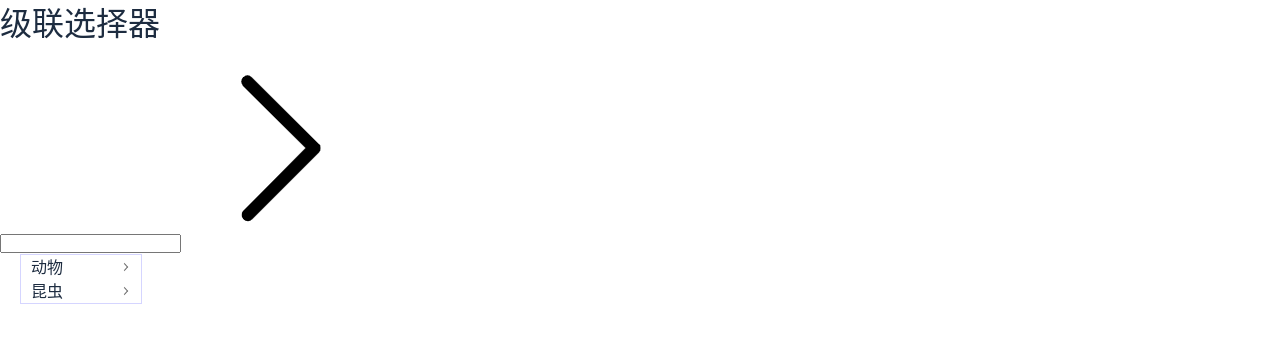
Repository: huming3272/Smile-UI
Page: /
These files come from the project's save history. The page is drawn as it stood at one moment and after the next save; the edit follows.
The browser window is 1280 px wide. The pictures show the whole page.
The project was rebuilt for these pictures with package versions that can differ from the ones it lists, and the page was loaded fresh each time. Also part of the build but not shown: src/lib/gulu.scss, src/lib/svg.js, src/components/Topnav.vue, src/views/Home.vue, src/lib/Breadcrumb.vue, src/views/Doc.vue, src/lib/Switch.vue, src/components/Switch/Switch1.demo.vue and 18 more. Imported but missing from the stored project, and not drawn on this page: src/lib/Tabs.vue, src/lib/openDialog.

Above is the page before, as saved 2022-06-05 18:24:35.

### index.html
<!DOCTYPE html>
<html lang="en">
<head>
  <meta charset="UTF-8">
  <link rel="icon" href="/favicon.ico" />
  <meta name="viewport" content="width=device-width, initial-scale=1.0">
  <title>Vite App</title>
  <!-- <script src="//at.alicdn.com/t/font_3242938_9kpz3740e2n.js"></script> -->
</head>
<body>
  <div id="app"></div>
  <script type="module" src="/src/main.ts"></script>
</body>
</html>

### src/main.ts
import "./lib/gulu.scss";
import "./lib/svg.js";
import "./index.scss";
import { createApp } from 'vue';
import App from './App.vue';
import router from './router/index';
import 'github-markdown-css'

const app = createApp(App)
app.use(router)
app.mount('#app')

### src/index.scss
* {
  margin: 0;
  padding: 0;
  box-sizing: border-box;
}
ul,
ol {
  list-style: none;
}
a {
  text-decoration: none;
  color: inherit;
  border-bottom: 1px solid transparent;
  &:hover {
    border-bottom: 1px solid;
    text-decoration: underline;
    cursor: pointer;
  }
}
h1,h2,h3,h4,h5,h6{
  font-weight: normal;
}
body{
  font-size: 16px;
  font-family: -apple-system, "Noto Sans",
  "Helvetica Neue",
  Helvetica, "Nimbus Sans L", Arial,
  "Liberation Sans",
  "PingFang SC",
  "Hiragino Sans GB",
  "Noto Sans CJK SC",
  "Source Han Sans SC",
  "Source Han Sans CN",
  "Microsoft YaHei",
  "Wenquanyi Micro Hei",
  "WenQuanYi Zen Hei",
  "ST Heiti",
  SimHei,
   "WenQuanYi Zen Hei Sharp",
  sans-serif;
  line-height: 1.5;
  color: #1d2c40;
}
.icon {
  width: 1em; height: 1em;
  vertical-align: -0.15em;
  fill: currentColor;
  overflow: hidden;
}

### src/App.vue
<template>
  <router-view class="window"/>
</template>

<script lang='ts'>
import {ref,provide} from 'vue'
import router from './router/index'
export default {
  name: 'App',

  setup(){
    const width = document.documentElement.clientWidth;
    //获取窗口宽度
    const menuVisible = ref(width <= 500 ? false : true);
    const toggleAside = ref(false)


    //检测窗口宽度
    //定义初值，类似vue2的data

    provide('menuVisible',menuVisible)//set
    //provide提供menuVisible给全局
    provide('toggleAside',toggleAside)
    // const currentPath = route.matched[route.matched.length-1].path
    // const breadcrumbList = currentPath.split('/')
  },


}
</script>
<style lang="scss">
  *{
    padding: 0;
    margin: 0;
    list-style: none;
  }
  .window{
    height: 100vh;
    overflow-y:scroll;
  }
</style>

### src/router/index.ts
import { createWebHashHistory, createRouter } from 'vue-router'
import Home from '../views/Home.vue'
import Doc from '../views/Doc.vue'
import Switch from '../components/Switch/SwitchDemo.vue'
import Button from '../components/Button/ButtonDemo.vue'
import Dialog from '../components/Dialog/DialogDemo.vue'
import Tabs from '../components/Tabs/TabsDemo.vue'
import DocDemo from '../components/DocDemo.vue'
import Breadcrumb from '../components/Breadcrumb/BreadcrumbDemo.vue'
import Cascader from '../lib/Cascader.vue'

import Intro from '../views/Intro.vue';
import GetStarted from '../views/GetStarted.vue'
import Install from '../views/Install.vue'
import Text from '../lib/text.vue'
import notFound from '../views/notFound.vue'

import { h } from 'vue';
import Markdown from '../components/Markdown.vue';
const md = (filename) => { return h(Markdown, { path: `../markdown/${filename}.md`, key: filename }) }
//  必须加上不同的key，不然切换组件后，渲染会失败
const history = createWebHashHistory()
// hash型路由
const router = createRouter(
    // 创建路由器
    {
        history: history,
        routes: [
            {
                path: '/',
                meta: {
                    title: '级联选择器'
                },
                 component: Cascader,
            },
            {
                path: '/',
                meta: {
                    title: '首页'
                },
                 component: Home,
            },
            {
                path: '/doc', component: Doc,
                meta: {
                            title: '文档'
                        },
                children: [
                    {
                        path: '', component: DocDemo,
                    },
                    {
                        path: 'switch', component: Switch,
                        meta: {
                            title: '开关'
                        }
                    },
                    {
                        path: 'button', component: Button,
                        meta: {
                            title: '按钮'
                        }
                    },
                    {
                        path: 'dialog', component: Dialog,
                        meta: {
                            title: '对话框'
                        }
                    },
                    {
                        path: 'tabs', component: Tabs,
                        meta: {
                            title: '选项卡'
                        }
                    },
                    {
                        path: 'breadcrumb', component: Breadcrumb,
                        meta: {
                            title: '面包屑'
                        }
                    },
                    {
                        path: "intro", component: md('intro'),
                        meta: {
                            title: '介绍'
                        }
                    },
                    {
                        path: "get-started", component: md('get-started'),
                        meta: {
                            title: '开始'
                        }
                    },
                    {
                        path: "install", component: md('install'),
                        meta: {
                            title: '安装'
                        }
                    },
                ]
            },
            {
                path: "/404",
                name: 'notFound',
                component: notFound
            },
            {
                path: '/:pathMatch(.*)',redirect: '/404',
                //  catchAll
                // 配置任意未知页面404未找到
                meta:{
                    title: '404'
                }
            }
        ]
    }
)


export default router

### src/lib/Cascader.vue
<template>
  <div class="cascader">
    <h1>级联选择器</h1>
    <div class="inputWrapp">
      <input
      type="text"
      @focus="handleClick('focus')"
      @blur="handleClick('blur')"
      v-model="checkedValue"
    />
      <img class="arrow" :class="{'rotateArrow':open}" src="../assets/arrow-down.png" alt=""/>
    </div>
    <CascaderSelector
      class="CascaderSelector"
      v-model:source="util"
      @patch="onPatch"
      v-show="open"
      id="style"
    />
  </div>
</template>
<script lang="ts">
import CascaderSelector from "./CascaderSelector.vue";
import { ref } from "vue";
export default {
  name: "Cascader",
  components: {
    CascaderSelector,
  },
  setup() {
    let checkedValue = ref<string>("");
    let open = ref<boolean>(true);
    const data = [
      {
        label: "a",
        name: "动物",

        children: [
          {
            label: "a_1",
            name: "狮子",
          },
          {
            label: "a_2",
            name: "老虎",
          },
          {
            label: "a_3",
            name: "猫咪",

            children: [
              {
                label: "a_3_1",
                name: "俄罗斯蓝猫",
              },
              {
                label: "a_3_2",
                name: "暹罗猫",
              },
              {
                label: "a_3_3",
                name: "田园猫",
              },
            ],
          },
        ],
      },
      {
        label: "b",
        name: "昆虫",

        children: [
          {
            label: "b_1",
            name: "蚂蚁",
          },
          {
            label: "b_2",
            name: "蟑螂",

            children: [
              {
                label: "b_2_1",
                name: "白蟑螂",
              },
              {
                label: "b_2_2",
                name: "黑蟑螂",
              },
              {
                label: "b_2_3",
                name: "红蟑螂",
              },
            ],
          },
          {
            label: "b_3",
            name: "甲虫",
          },
        ],
      },
    ];
    const handleClick = (event) => {
      if (event === "focus") {
        open.value = true;
        // checkedValue.value = "";
      }
    };
    const onPatch = (val) => {
      let string = val.join("/");
      checkedValue.value = string;
      window.alert(`你选择了${string}`)
      open.value = false;
    };
    const util = ref(data);
    return {
      util,
      checkedValue,
      open,
      onPatch,
      handleClick,
    };
  },
};
</script>
<style lang="scss" scoped>
  .cascader{
    // width: 200px;
    // overflow:scroll;
  }
  .CascaderSelector{
    margin-left: 20px;
    border-left: 1px solid rgb(213, 213, 255);
  }
  .rotateArrow{
     transform: rotate(-90deg);
  }
</style>

### src/lib/CascaderSelector.vue
<template>
  <div class="cascaderSelector">
    <div class="item">
        <li v-for="item,index in source" @click="choose(index, $event)" :key="item.label"
          :class="[index==actId? 'active':'']"
        >
          <span>
            {{item.name}}
          </span>
          <img v-show="item?.children?.length > 0" class="rightArrow" src="../assets/arrow-down.png" alt="">
        </li>
    </div>
      <div class="selector" v-if="actId>-1 && source[actId].children">
        <IniCascader  v-model:source="source[actId].children" :activeId="actId" @patch="onPatch" :selected="selected">
        </IniCascader>
      </div>
  </div>
</template>
<script lang="ts">
import {defineAsyncComponent, ref, reactive} from 'vue'

export default {
  // 参考https://wenku.baidu.com/view/179a1af130d4b14e852458fb770bf78a65293a67.html
  // https://dandelioncloud.cn/article/details/1488173854068690945
  // https://dandelioncloud.cn/article/details/1426183821665615874
  name: "CascaderSelector",
  components:{
    IniCascader: defineAsyncComponent(() => import('./CascaderSelector.vue'))
  },
  props: {
      source: {
          type: Array,
      },
      activeId: {
          type: Number,
      },
      selected: {
         type: Array,
         default: ()=>{
           return []
         }
      }
  },
  setup(props, content) {
    // console.log(props.activeId, '传递子索引')
    let iniIndex = ref<number>()
    let actId = ref<number>()
    let copyItem = ref([])
    let selected = ref([])
    let once = ref<boolean>(true)
    const choose = (index, event) => {
        actId.value = index
        // console.log(props.source[actId.value].children, 'choose')
        // console.log(props.source[actId].children)
        // copyItem.value = copyItem.value.concat(props.itemGroud)
        selected.value = [props.source[actId.value].name]
        if (!props.source[actId.value].children) {
          // console.log('name', props.source[actId.value])
          // console.log(copyItem, '数组')
          // content.emit("patch", props.source[actId.value].name)
          content.emit("patch", selected.value )
        }
        // console.dir(event)
    }
    const onPatch = (val) => {
      // if (props.source[props.activeId]?.name) {
        // let checkedVal = props?.source?.[props.activeId]?.name + '/' + val;
        let checkedVal = []
        checkedVal = selected.value.concat(val)
        // copyItem.value.push(props.source[actId.value].name)
        // console.log(props.activeId, 'id', event)
      // content.emit('patch', checkedVal)
      // console.log(1)
        content.emit('patch', checkedVal)
      // console.log(2)
      // console.log(props.activeId, 'patch')
      //点击之后下一个组件显示，activeId初始化-1
      // }
    }
    return{
      choose, onPatch, actId, copyItem, selected
    }
  },
};
</script>
<style lang="scss" scoped>
.cascaderSelector{
  display: flex;
.item{
  padding:0 10px;
  border-right: 1px solid rgb(213, 213, 255);
  border-top: 1px solid rgb(213, 213, 255);
  border-bottom: 1px solid rgb(213, 213, 255);
}
.rightBorder{
  border-right: 1px solid rgb(213, 213, 255);
}
  li{
    display: flex;
    align-items: center;
    justify-content: space-between;
    min-width: 100px;
    .rightArrow{
      transform: rotate(-90deg);
      width: 10px;
    }
  }
}
div {
  // margin-left: 10px;
}
.active{
  background: rgb(182, 182, 182);
}
.selector{

}
</style>

After the next save:
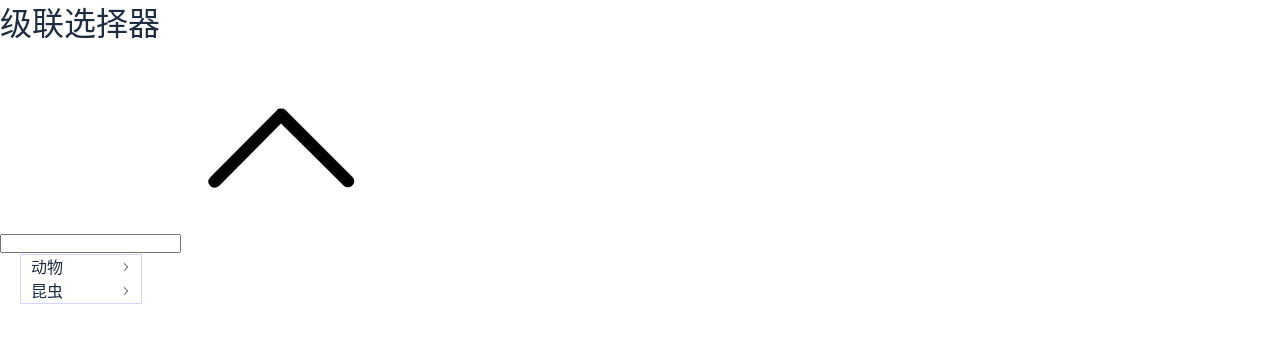
Saved 28 s later.
--- a/src/lib/Cascader.vue
+++ b/src/lib/Cascader.vue
@@ -133,6 +133,6 @@ export default {
     border-left: 1px solid rgb(213, 213, 255);
   }
   .rotateArrow{
-     transform: rotate(-90deg);
+     transform: rotate(-180deg);
   }
 </style>
